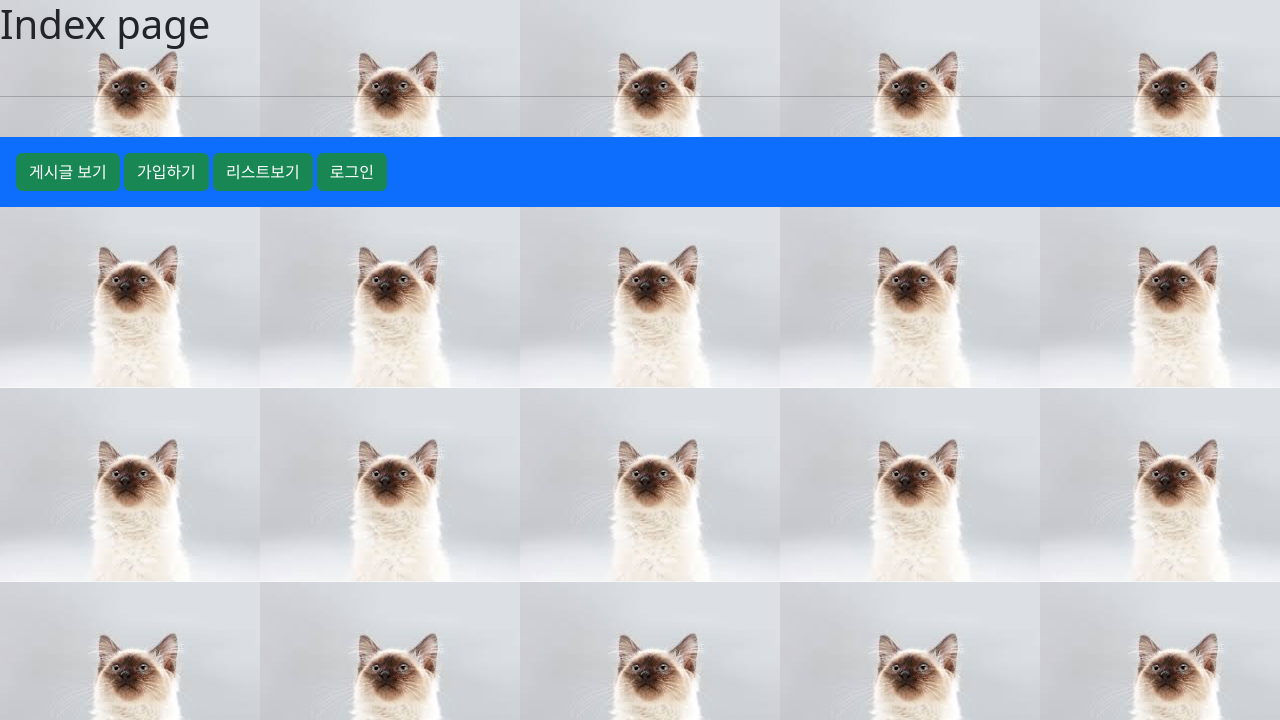
Repository: doridori890130/JSP
Page: http://localhost/jsp_project/mem/login_auth
These files come from the project's save history. The page is drawn as it stood at one moment and after the next save; the edit follows.
The browser window is 1280 px wide. The pictures show the whole page.
The page is served by Tomcat 9. Queries for data that is not in the repository find no rows.

Above is the page before, as saved 2023-06-01 04:30:31.

After the next save:
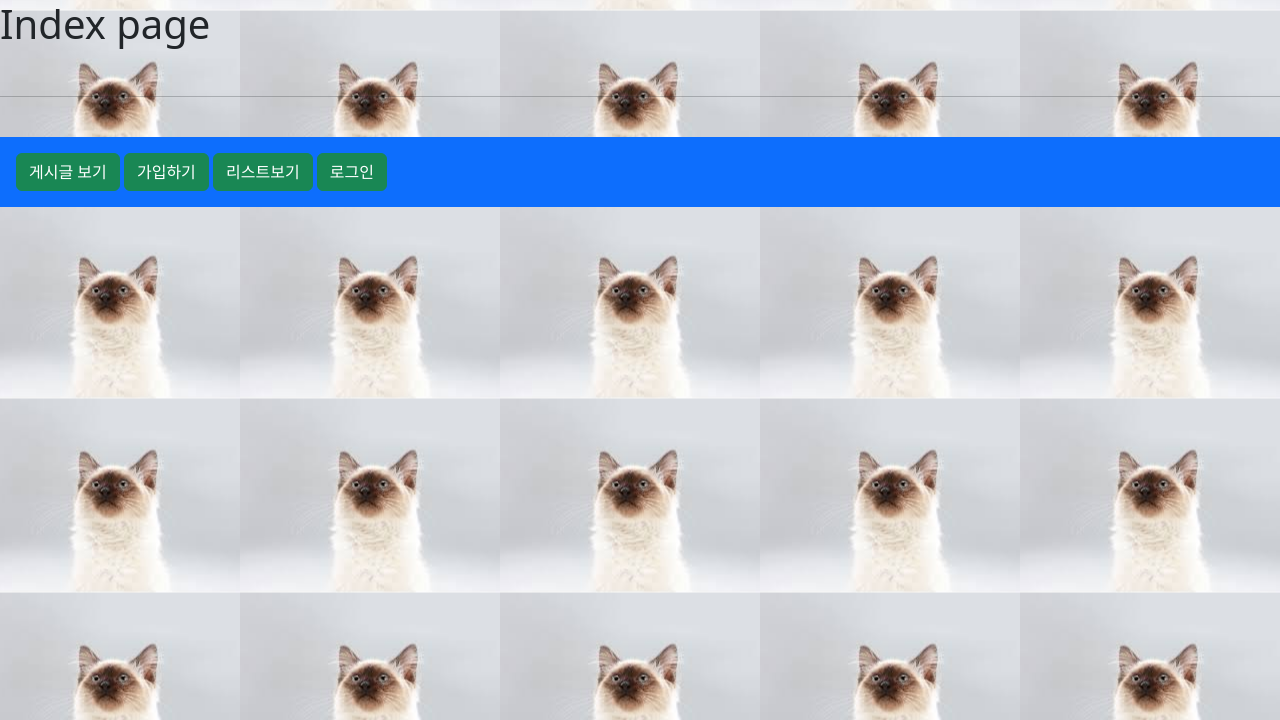
Saved 20 s later.
--- a/jsp_project4/jsp_project/src/main/webapp/index.jsp
+++ b/jsp_project4/jsp_project/src/main/webapp/index.jsp
@@ -10,8 +10,7 @@
 <style type="text/css">
   body{
 	  background-image: url("/img/images.jpg");
-
-
+ 		background-position: right;
   }
 </style>
 <title>index</title>
